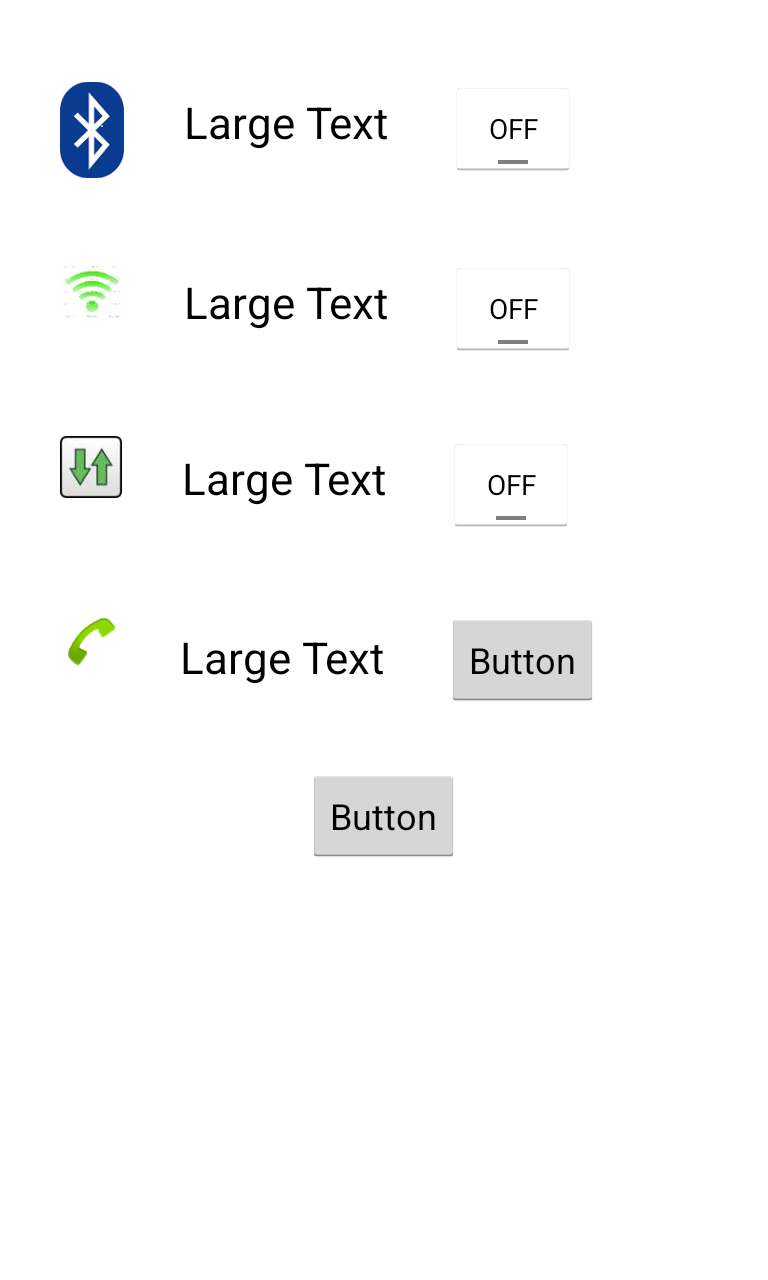
Repository: born2behappy18/meetingMiliue
Layout: MeetingMileu/res/layout/toggle.xml
These files come from the project's save history. The layout is drawn as it stood at one moment and after the next save; the edit follows.
It is drawn on a 768 x 1280 px phone screen (xhdpi) without system bars, with theme AppTheme; the app's code is not run.

Above is the layout before, as saved 2015-10-13 10:55:44.

After the next save:
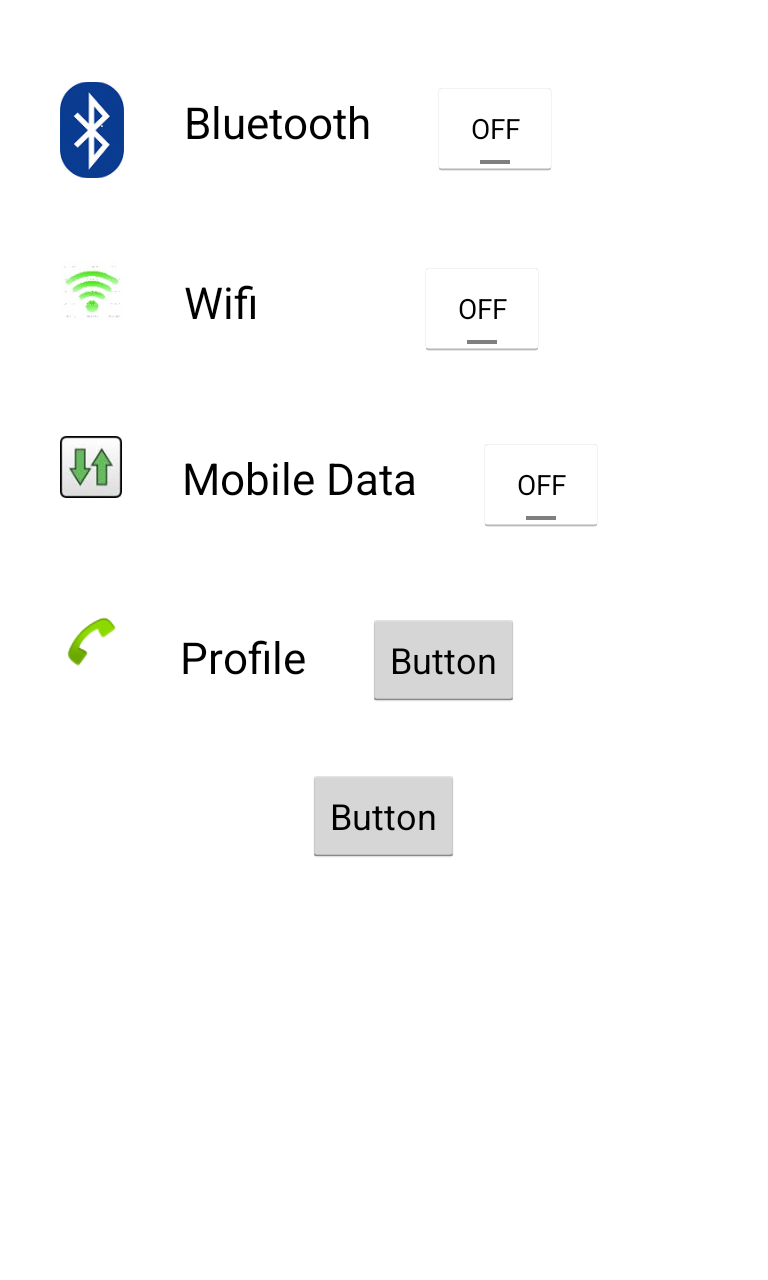
Saved 57 s later.
--- a/MeetingMileu/res/layout/toggle.xml
+++ b/MeetingMileu/res/layout/toggle.xml
@@ -21,8 +21,8 @@
         android:id="@+id/textView1"
         android:layout_width="wrap_content"
         android:layout_height="wrap_content"
-        android:text="Large Text"
         android:layout_marginLeft="30dp"
+        android:text="Bluetooth"
         android:textAppearance="?android:attr/textAppearanceLarge" />
 
     <ToggleButton
@@ -49,8 +49,8 @@
         android:id="@+id/textView2"
         android:layout_width="wrap_content"
         android:layout_height="wrap_content"
-        android:text="Large Text"
         android:layout_marginLeft="30dp"
+        android:text="Wifi"
         android:textAppearance="?android:attr/textAppearanceLarge" />
 
     <ToggleButton
@@ -58,7 +58,7 @@
         android:layout_width="wrap_content"
         android:layout_height="wrap_content"
         android:text="ToggleButton"
-        android:layout_marginLeft="30dp" />
+        android:layout_marginLeft="80dp" />
 </LinearLayout>
 <LinearLayout
     android:layout_width="match_parent"
@@ -77,8 +77,8 @@
         android:id="@+id/textView4"
         android:layout_width="wrap_content"
         android:layout_height="wrap_content"
-        android:text="Large Text"
         android:layout_marginLeft="30dp"
+        android:text="Mobile Data"
         android:textAppearance="?android:attr/textAppearanceLarge" />
 
     <ToggleButton
@@ -103,10 +103,10 @@
 
     <TextView
         android:id="@+id/textView3"
-        android:layout_marginLeft="30dp"
         android:layout_width="wrap_content"
         android:layout_height="wrap_content"
-        android:text="Large Text"
+        android:layout_marginLeft="30dp"
+        android:text="Profile"
         android:textAppearance="?android:attr/textAppearanceLarge" />
 
     <Button
